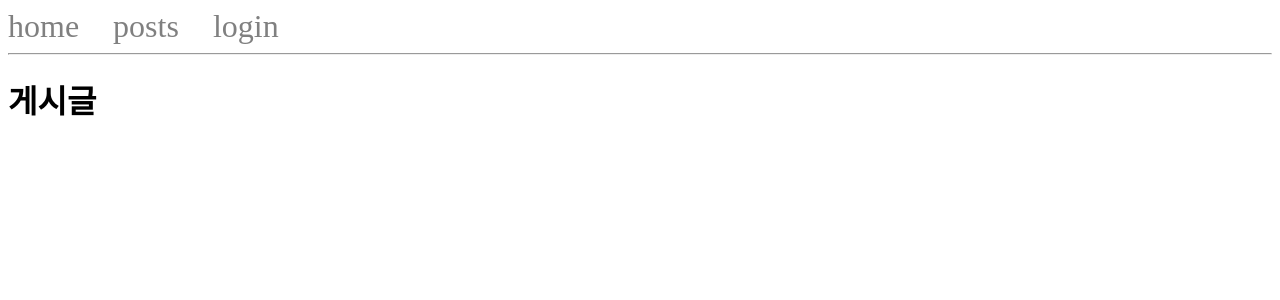
Repository: wkdtkgkek16/web01
Page: http://localhost/ex01/posts
The author's editor kept a copy of each file at every save. The page is drawn from the files as they stood at one save, then again after the next save.
The browser window is 1280 px wide. The pictures show the whole page.
The page is served by Tomcat 9.

Above is the page before, as saved 2023-03-27 01:14:33.

After the next save:
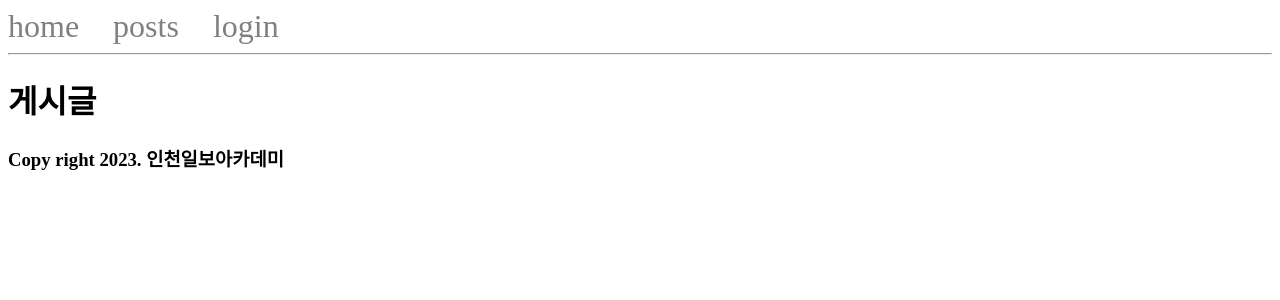
Saved 28 s later.
--- a/ex01/WebContent/home.jsp
+++ b/ex01/WebContent/home.jsp
@@ -22,5 +22,6 @@
 	</div>
 	<hr/>
 	<jsp:include page="${pageName}"></jsp:include>
+	<jsp:include page="footer.jsp"></jsp:include>
 </body>
 </html>
